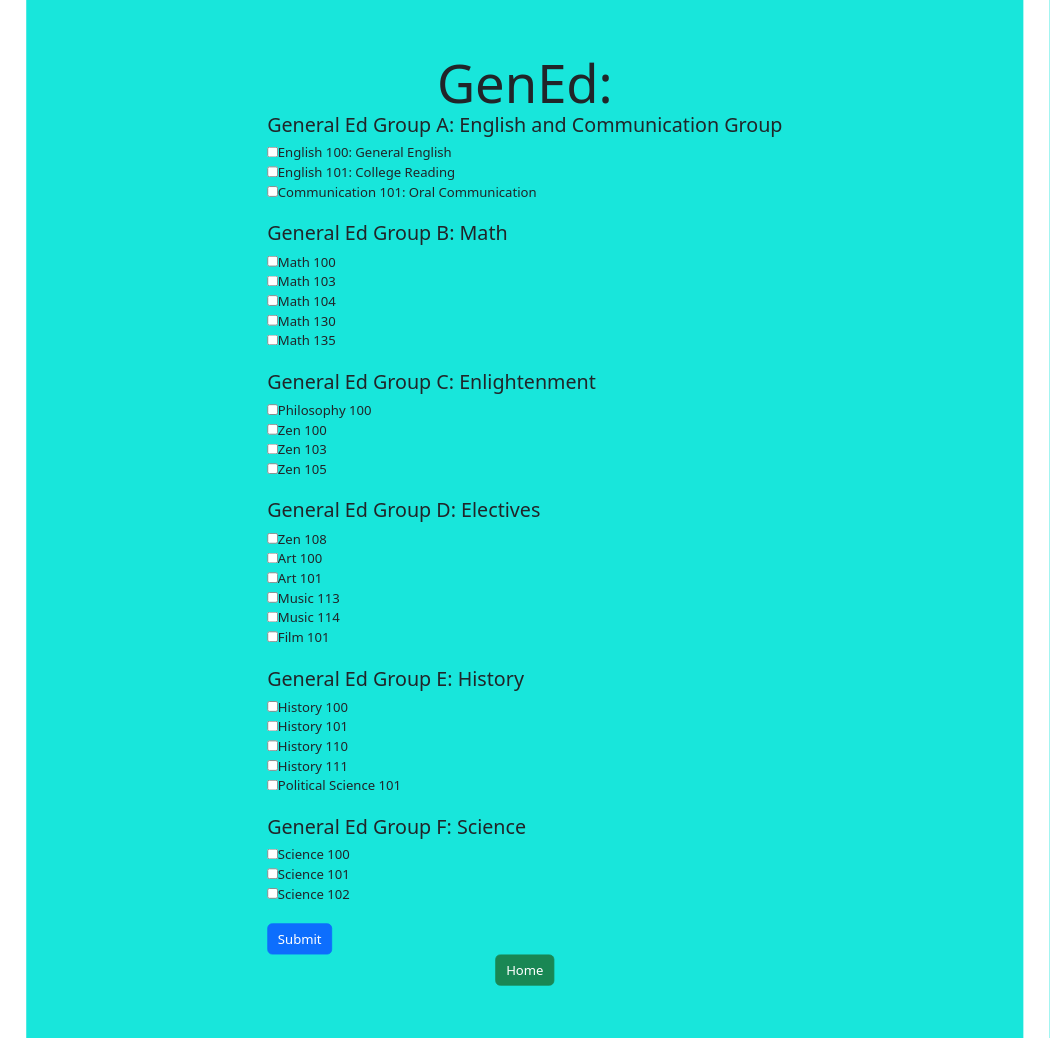
Repository: collegedude9300/zenschool
Page: /GenEd
The author's editor kept a copy of each file at every save. The page is drawn from the files as they stood at one save, then again after the next save.
The browser window is 1280 px wide. The pictures show the whole page, at 82% of full size.
The project was rebuilt for these pictures with package versions that can differ from the ones it lists, and the page was loaded fresh each time. The framework's server and built-in components were replaced by stand-ins that run in the browser. Also part of the build but not shown: next.config.js.

Above is the page before, as saved 2022-10-30 20:42:18.

After the next save:
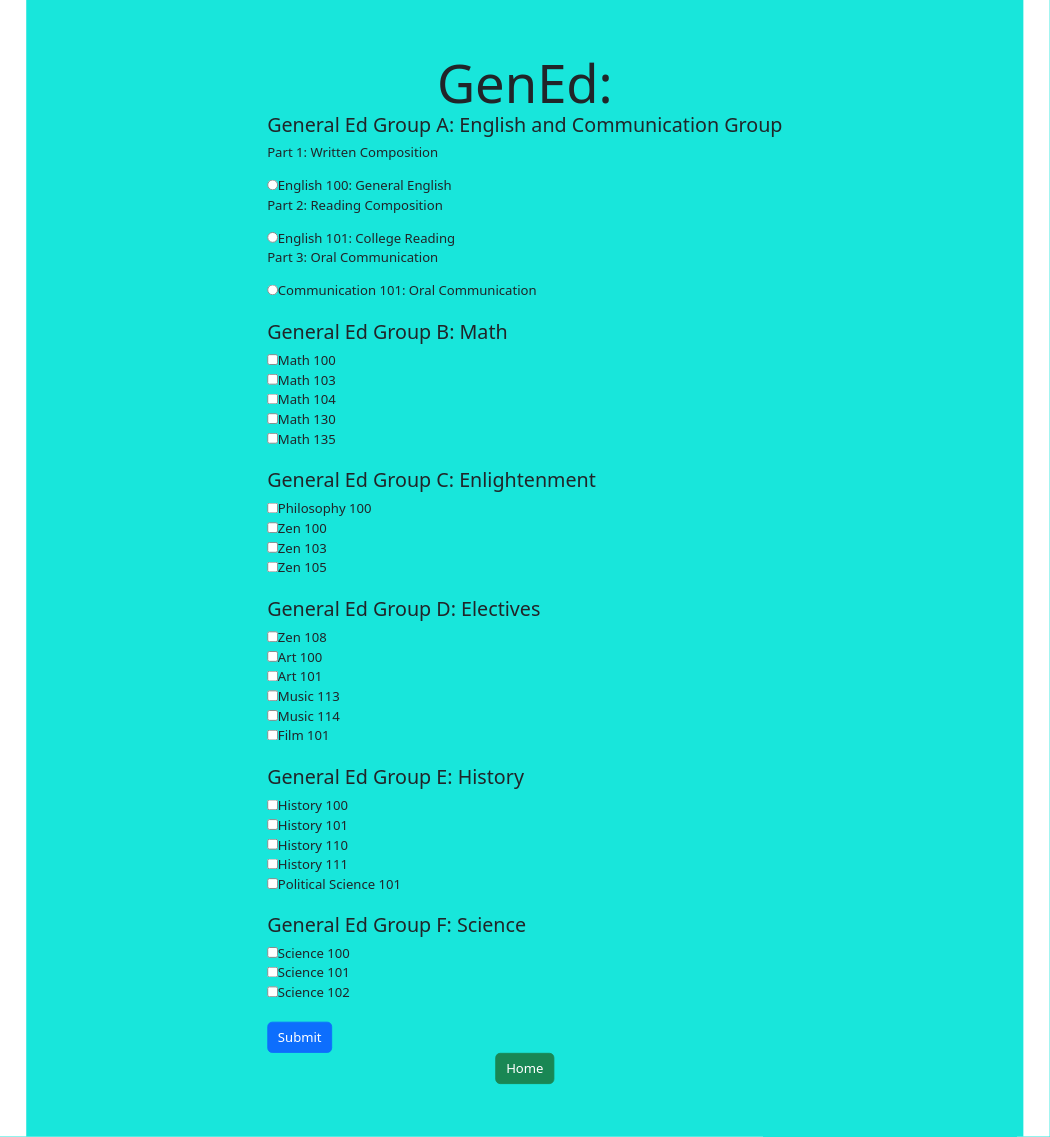
Saved 2 min 36 s later.
--- a/pages/GenEd.js
+++ b/pages/GenEd.js
@@ -18,11 +18,14 @@ GenEd:
 </h1>
 <form>
 <h4>General Ed Group A: English and Communication Group </h4>
-<input type="checkbox" id="English 100" name="English 100" value="English 100"/>
+<p> Part 1: Written Composition</p>
+<input type="radio" id="English 100" name="English 100" value="English 100"/>
 <label for="English 100"> English 100: General English </label><br/>
-<input type="checkbox" id="English 101" name="English 101" value="English 101"/>
+<p>Part 2: Reading Composition</p>
+<input type="radio" id="English 101" name="English 101" value="English 101"/>
 <label for="English 101"> English 101: College Reading</label><br/>
-<input type="checkbox" id="Communication 101" name="Communication 101" value="Communication 101"/>
+<p>Part 3: Oral Communication</p>
+<input type="radio" id="Communication 101" name="Communication 101" value="Communication 101"/>
 <label for="Communication 101"> Communication 101: Oral Communication</label><br/>
 <br/>
 <h4>General Ed Group B: Math </h4>
